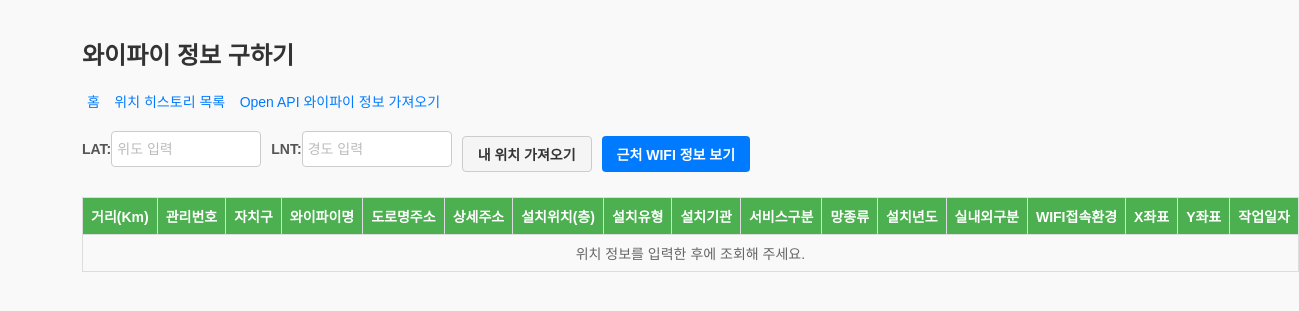
Repository: sangpyolee0/zerobase_task
Page: http://localhost/WifiProject/
An editor plug-in stored every save of this project. The page is shown before and after the next save, followed by the edit.
The browser window is 1280 px wide. The page is 1299 px wide, so the pictures cover 1299 px, including what lies to the right of the window. The pictures show the whole page.
The page is served by Tomcat 9. Other server files are loaded and not shown.

Above is the page before, as saved 2024-12-08 16:40:16.

### WifiProject/src/main/webapp/index.jsp
<%@ page language="java" contentType="text/html; charset=UTF-8" pageEncoding="UTF-8"%>
<!DOCTYPE html>
<html>
<head>
    <title>와이파이 정보 구하기</title>
    <link rel="stylesheet" type="text/css" href="css/style.css">
    <link rel="stylesheet" type="text/css" href="css/index.css">
</head>
<body>
    <div class="container">
        <h1>와이파이 정보 구하기</h1>
        <nav>
            <a href="index.jsp">홈</a>
            <a href="history.jsp">위치 히스토리 목록</a>
            <a href="add-wifi.jsp">Open API 와이파이 정보 가져오기</a>
        </nav>
        <form action="nearby-wifi.jsp" method="get">
            <label>LAT: <input type="text" name="lat" placeholder="위도 입력"></label>
            <label>LNT: <input type="text" name="lnt" placeholder="경도 입력"></label>
            <button type="button">내 위치 가져오기</button>
            <button type="submit">근처 WIFI 정보 보기</button>
        </form>
        <table>
            <thead>
                <tr>
                    <th>거리(Km)</th>
                    <th>관리번호</th>
                    <th>자치구</th>
                    <th>와이파이명</th>
                    <th>도로명주소</th>
                    <th>상세주소</th>
                    <th>설치위치(층)</th>
                    <th>설치유형</th>
                    <th>설치기관</th>
                    <th>서비스구분</th>
                    <th>망종류</th>
                    <th>설치년도</th>
                    <th>실내외구분</th>
                    <th>WIFI접속환경</th>
                    <th>X좌표</th>
                    <th>Y좌표</th>
                    <th>작업일자</th>
                </tr>
            </thead>
            <tbody>
                <tr>
                    <td colspan="17" class="message">위치 정보를 입력한 후에 조회해 주세요.</td>
                </tr>
            </tbody>
        </table>
    </div>
</body>
</html>

### WifiProject/src/main/webapp/css/style.css
/* style.css */
body {
    font-family: Arial, sans-serif;
    margin: 0;
    padding: 20px;
    background-color: #f9f9f9;
}

h1, h3 {
    color: #333;
}

nav {
    margin-bottom: 20px;
}

nav a {
    text-decoration: none;
    color: #007BFF;
    margin-right: 10px;
}

nav a:hover {
    text-decoration: underline;
}

form label {
    display: block;
    margin-bottom: 10px;
}

button {
    background-color: #007BFF;
    color: white;
    border: none;
    padding: 10px 15px;
    cursor: pointer;
    border-radius: 5px;
}

button:hover {
    background-color: #0056b3;
}

table {
    width: 100%;
    border-collapse: collapse;
    margin-top: 20px;
}

table th, table td {
    border: 1px solid #ddd;
    padding: 8px;
    text-align: left;
}

table th {
    background-color: #f2f2f2;
}

### WifiProject/src/main/webapp/css/index.css
/* index.css: 입력 필드, 버튼 정렬 및 네비게이션 스타일 */
body {
    font-family: Arial, sans-serif;
    margin: 0;
    padding: 20px;
    background-color: #f9f9f9;
}

.container {
    width: 90%;
    max-width: 1200px;
    margin: 0 auto;
}

h1 {
    font-size: 24px;
    color: #333;
    margin-bottom: 20px;
}

nav {
    margin-bottom: 20px;
}

nav a {
    text-decoration: none;
    color: #007BFF;
    margin: 0 5px; /* 링크 간 간격 조정 */
    font-size: 14px;
}

nav span {
    color: #999; /* 구분자(|) 색상 */
    margin: 0 5px;
}

nav a:hover {
    text-decoration: underline;
}

form {
    margin-bottom: 20px;
    display: flex;
    align-items: center; /* 입력 필드와 버튼 높이 정렬 */
    gap: 10px; /* 입력 필드와 버튼 간 간격 */
}

form label {
    font-size: 14px;
    color: #555;
    font-weight: bold;
    display: flex;
    align-items: center; /* 텍스트와 입력 필드 정렬 */
}

form input {
    padding: 5px;
    font-size: 14px;
    border: 1px solid #ccc;
    border-radius: 4px;
    width: 150px;
    height: 36px; /* 버튼과 동일한 높이 */
    box-sizing: border-box; /* 패딩 포함 */
}

form input::placeholder {
    color: #bbb;
}

form button {
    background-color: #f5f5f5; /* 회색 배경 */
    color: #333;
    border: 1px solid #ccc;
    padding: 0 15px;
    font-size: 14px;
    border-radius: 4px;
    cursor: pointer;
    height: 36px; /* 입력 필드와 동일한 높이 */
    display: flex;
    align-items: center;
    justify-content: center;
    font-weight: bold;
}

form button:hover {
    background-color: #e0e0e0; /* 버튼 호버 시 약간 어두운 회색 */
}


form button:last-of-type {
    background-color: #007BFF; /* 마지막 버튼은 파란색 */
    color: #fff;
    border: none;
}

form button:last-of-type:hover {
    background-color: #0056b3;
}


table {
    width: 100%;
    border-collapse: collapse;
    margin-top: 20px;
}

/* index.css: 테이블 텍스트 줄 바꿈 방지 및 너비 조정 */
table th, table td {
    border: 1px solid #ddd;
    padding: 8px;
    text-align: center;
    font-size: 14px;
    white-space: nowrap; /* 텍스트 줄 바꿈 방지 */
}

table th {
    background-color: #4CAF50;
    color: white;
    font-weight: bold;
}

table td {
    max-width: 200px; /* 셀의 최대 너비를 제한 */
    overflow: hidden;
    text-overflow: ellipsis; /* 텍스트가 너무 길 경우 말줄임표 표시 */
}

table tr:nth-child(even) {
    background-color: #f2f2f2;
}

table tr:hover {
    background-color: #ddd;
}


.message {
    font-size: 14px;
    color: #666;
    text-align: center;
    margin-top: 20px;
}

After the next save:
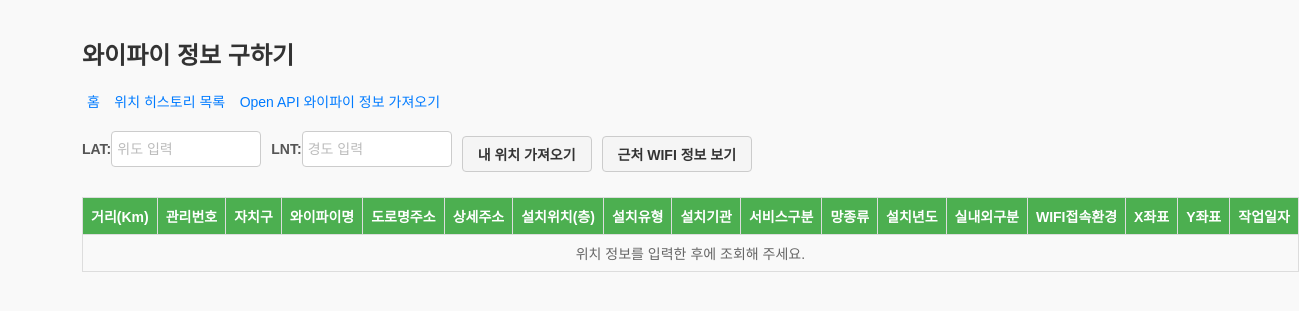
Saved 65 s later.
--- a/WifiProject/src/main/webapp/css/index.css
+++ b/WifiProject/src/main/webapp/css/index.css
@@ -88,13 +88,13 @@ form button:hover {
 
 
 form button:last-of-type {
-    background-color: #007BFF; /* 마지막 버튼은 파란색 */
-    color: #fff;
-    border: none;
+    background-color: #f5f5f5; /* 회색 배경 */
+    color: #333;
+    border: 1px solid #ccc;
 }
 
 form button:last-of-type:hover {
-    background-color: #0056b3;
+    background-color: #e0e0e0;
 }
 
 
